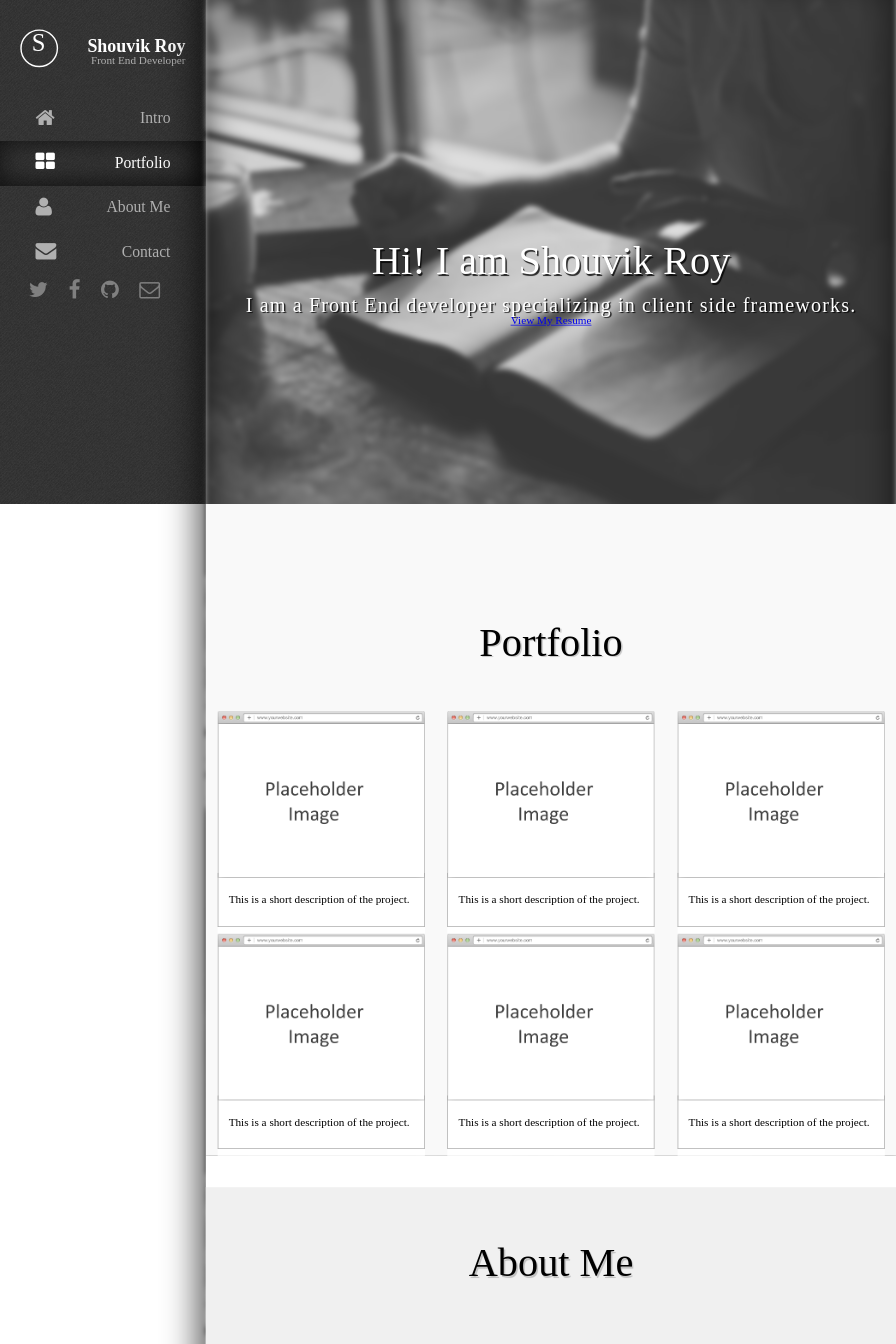
Repository: royshouvik/portfolio
Page: index.html
The author's editor kept a record of every edit. The page is drawn from the files as they stood at one moment, then again after the next edit.
The browser window is 1280 px wide. The pictures show the part of the page from y = 0 to 1920 px (the page is 3242 px tall before and 3370 px after), at 70% of full size.
Backgrounds fixed to the window are drawn as part of the page.

Above is the page before.

### index.html
<!DOCTYPE html>

<head>
    <meta charset="utf-8">
    <meta http-equiv="X-UA-Compatible" content="IE=edge">
    <title>Shouvik Roy</title>
    <meta name="description" content="Shouvik Roy's portfolio page">
    <meta name="viewport" content="width=device-width, initial-scale=1">
    <link rel="stylesheet" href="css/reset.css">
    <link rel="stylesheet" href="font-awesome/css/font-awesome.min.css">
    <link rel="stylesheet" href="genericons/genericons/genericons.css">
    <link href='https://fonts.googleapis.com/css?family=Hind:400,700,300' rel='stylesheet'>
    <link rel="stylesheet" href="css/jquery.fullpage.css" />
    <link rel="stylesheet" href="css/style2.css">
</head>

<body>
<a class="toggle" href="#"><span class="genericon genericon-menu"></span></i></a>
    <nav class="navbar">
        <header class="info">
            <div class="logo">
                <span>S</span>
            </div>
            <div class="profile">
                <span class="name">Shouvik Roy</span>
                <span class="role">Front End Developer</span>
            </div>
        </header>
        <ul class="nav" id="navmenu">
            <li class="active" id="intro-button" data-menuanchor="intro">
                <a href="#intro"><i class="fa fa-home"></i><span>Intro</span></a>
            </li>
            <li id="portfolio-button" data-menuanchor="portfolio">
                <a href="#portfolio"><i class="fa fa-th-large"></i><span>Portfolio</span></a>
            </li>
            <li id="about-button" data-menuanchor="about">
                <a href="#about"><i class="fa fa-user"></i><span>About Me</span></a>
            </li>
            <li id="contact-button" data-menuanchor="contact">
                <a href="#contact"><i class="fa fa-envelope"></i><span>Contact</span></a>
            </li>
        </ul>
        <footer>
            <ul class="social">
                <li><a href="#"><i class="fa fa-twitter"></i></a></li>
                <li><a href="#"><i class="fa fa-facebook"></i></a></li>
                <li><a href="#"><i class="fa fa-github"></i></a></li>
                <li><a href="#"><i class="fa fa-envelope-o"></i></a></li>
            </ul>
        </footer>
    </nav>
    <main id="fullpage" class="main">


        <div class="background-image"></div>
        <section class="section">
	        <div class="intro">
	        	<h1 class="shadow">Hi! I am Shouvik Roy</h1>
	            <h2 class="shadow">I am a Front End developer specializing in client side frameworks.</h2>
	            <a class="button" href="#">View My Resume</a>
	        </div>
        </section>
        <section class="portfolio section fp-auto-height">
            <h1>Portfolio</h1>
            <div>
                <figure>
                    <img class="project" src="css/images/browser.png" alt="Project 1">
                    <figcaption>This is a short description of the project.</figcaption>
                </figure>
                <figure>
                    <img class="project" src="css/images/browser.png" alt="Project 1">
                    <figcaption>This is a short description of the project.</figcaption>
                </figure>
                <figure>
                    <img class="project" src="css/images/browser.png" alt="Project 1">
                    <figcaption>This is a short description of the project.</figcaption>
                </figure>
                <figure>
                    <img class="project" src="css/images/browser.png" alt="Project 1">
                    <figcaption>This is a short description of the project.</figcaption>
                </figure>
                <figure>
                    <img class="project" src="css/images/browser.png" alt="Project 1">
                    <figcaption>This is a short description of the project.</figcaption>
                </figure>
                <figure>
                    <img class="project" src="css/images/browser.png" alt="Project 1">
                    <figcaption>This is a short description of the project.</figcaption>
                </figure>
            </div>
        </section>
        <section class="section">
	        <div class="about">
	        	<h1>About Me</h1>
	        </div>
        </section>
        <section class="section">
        <div class="contact">
        	<h1>Contact</h1>

        </div>
        </section>
        <section class="section fp-auto-height">
			<footer class="footer">

			</footer>


        </section>

    </main>

    <script src="script/jquery.min.js"></script>
    <script src="script/jquery.easings.js"></script>
    <script src="script/jquery.fullpage.min.js"></script>
    <script src="script/app.js"></script>
</body>

</html>

### css/style2.css
body {
    height: auto;
}

main {
    height: auto;
}

.shadow {
    text-shadow: 2px 2px 1px rgba(0, 0, 0, 0.8);
}

h1 {
    font-weight: 300;
    font-size: 3.6em;
    text-align: center;
    margin: 90px auto 20px auto;
}

h2 {
    font-size: 1.8em;
    letter-spacing: 0.1rem;
    text-align: center;
}

.resume-button {
    width: 160px;
    font-size: 1.2em;
    text-decoration: none;
    color: #ffffff;
    background-color: hsla(177, 85%, 45%, 0.9);
    display: block;
    text-align: center;
    margin: 7.70% auto;
    padding: 30px;
    border-radius: 10px;
    transition: 0.3s;
    text-shadow: 2px 2px 1px rgba(0, 0, 0, 0.2);
}

.resume-button:hover {
    color: #ffffff;
    background-color: #77cccc;
    box-shadow: 0px 0px 30px 2px rgba(188, 230, 230, 0.7);
    -webkit-transform: scale(1.1, 1.1);
    transform: scale(1.1, 1.1);
}

/*************************** Nav **********************************/
nav {
    height: 100%;
    width: 23%;
    position: fixed;
    background: #232323 url(images/debut_dark.png) top left repeat;
    color: white;
    transition: 0.5s;
    /*display: -webkit-flex;*/
    /*display: -ms-flexbox;*/
    /*display: flex;*/
    display: block;
    -webkit-flex-direction: column;
    -ms-flex-direction: column;
    flex-direction: column;
    -webkit-justify-content: center;
    -ms-flex-pack: center;
    justify-content: space-around;
    align-items: stretch;
}

.display {
    left: 0%;
    width: 60%;
    z-index: 99998;
}

.toggle {

    text-decoration: none;
    background-color: rgba(0, 0, 0, 0.2);
    border-radius: 5px;
    font-size: 32px;
    color: #ffffff;
    display: none;
    position: fixed;
    top: 6%;
    left: 3%;
    transition: position 0.6s, left 0.6s;
    z-index: 99999;
}
.toggle:hover {
    color: #ffffff;
}

.toggle span {
    font-size: 40px;
}

nav ul {
    list-style-type: none;
    padding: 0;
}

ul.nav li {
    padding: 3.225% 9.090%;
}

ul.nav li a {
    text-decoration: none;
    margin: 0 auto;
    width: 80%;
    display: -webkit-flex;
    display: -ms-flexbox;
    display: flex;
    height: 100%;
    font-size: 1.4em;
    line-height: 2em;
    color: #b0b0b0;
    transition: 1s;
}

ul.nav {
    flex-grow: 3;
}

ul.nav li a:hover {
    color: #ffffff;
}

li.active {
    color: #ffffff;
    box-shadow: inset -5px -2px 38px 3px rgba(0, 0, 0, 0.7);
}

ul.nav li.active a {
    color: #ffffff;
}

i.fa {
    font-size: 1.33em;
    padding-top: 3%;
    -webkit-flex-grow: 2;
    -ms-flex-positive: 2;
    flex-grow: 2;
    -webkit-order: 1;
    -ms-flex-order: 1;
    order: 1;
}

ul.social {
    font-size: 1.4em;
}

li a span {
    -webkit-flex-grow: 1;
    -ms-flex-positive: 1;
    flex-grow: 1;
    font-weight: 300;
    text-align: right;
    -webkit-order: 2;
    -ms-flex-order: 2;
    order: 2;
}

.clearfix:after {
    content: "";
    display: table;
    clear: both;
}

.main {
    width: 77%;
    margin-left: auto;
}

.info {
    margin: 14.1466% 10%;
    display: -webkit-flex;
    display: -ms-flexbox;
    display: flex;
    -webkit-flex-direction: row;
    -ms-flex-direction: row;
    flex-direction: row;
}

.name {
    font-size: 1.6em;
    font-weight: bold;
    text-align: right;
}

.role {
    text-align: right;
    font-size: 1em;
    color: #b0b0b0;
}

.profile {
    display: -webkit-flex;
    display: -ms-flexbox;
    display: flex;
    -webkit-flex-direction: column;
    -ms-flex-direction: column;
    flex-direction: column;
    width: 80%;
    margin-top: 5%;
    -webkit-order: 2;
    -ms-flex-order: 2;
    order: 2;
}

.logo {
    font-size: 2.2em;
    font-weight: 300;
    border: 2px solid #ffffff;
    min-width: 50px;
    width: 50px;
    height: 50px;
    border-radius: 50%;
    -webkit-order: 1;
    -ms-flex-order: 1;
    order: 1;
}

.logo span {
    display: inline-block;

    padding-left: 14px;
}

ul.social li {
    display: inline;
    margin: 5%;
}

ul.social li a {
    color: #808080;
    transition: 1s;
}

ul.social li a:hover {
    color: #ffffff;
}

ul.social {
    margin: 0 auto;
    width: 80%;
}

.background-image {
    position: absolute;
    left: 0;
    right: 0;
    top: -1%;
    z-index: -1;
    background-image: url(images/bg.jpg);
    overflow: hidden;
    background-attachment: fixed;
    background-clip: border-box;
    background-size: cover;
    background-position: top left;
    box-shadow: inset 0 0 48px 0 rgba(0, 0, 0, 0.7), 0 0 48px 10px rgba(0, 0, 0, 0.7);
    width: 100%;
    height: 100%;
    -webkit-filter: blur(4px);
    filter: blur(4px);
}

.intro {
    height: 40%;
    z-index: 9999;
    color: #ffffff;
    display: -webkit-flex;
    display: -ms-flexbox;
    display: flex;
    -webkit-flex-direction: column;
    -ms-flex-direction: column;
    flex-direction: column;
    -webkit-justify-content: center;
    -ms-flex-pack: center;
    justify-content: center;
    -webkit-align-items: center;
    -ms-flex-align: center;
    align-items: center;
}

.about,
.contact {
    height: 100%;
}

.portfolio {
    background-color: #f9f9f9;

}

.about {
    background-color: #f0f0f0;
    border-bottom: 1px solid #d0d0d0;
}
section:nth-of-type(3) {
    background-color: #fff;
}
.contact {
    background: #ffffff url(images/white_texture.png) top left repeat;
    background-attachment: fixed;
}

.footer {
    height: 150px;
    border-top: 1px solid #a0a0a0;
    background: #ffffff url(images/whitey.png) top left repeat;
}

.portfolio div {
    display: -webkit-flex;
    display: -ms-flexbox;
    display: flex;
    -webkit-flex-wrap: wrap;
    -ms-flex-wrap: wrap;
    flex-wrap: wrap;
    -webkit-justify-content: space-around;
    -ms-flex-pack: distribute;
    justify-content: space-around;
    -webkit-align-items: center;
    -ms-flex-align: center;
    align-items: center;
}

.portfolio {
    height: auto;
}

.portfolio h1,
.about h1,
.contact h1 {
    text-align: center;
    padding: 8% 0 5% 0;
    text-shadow: 2px 2px 1px rgba(0, 0, 0, 0.2);
}

.project {
    width: 100%;
    height: 100%;
}

figure {
    display: inline-block;
    -ms-flex-preferred-size: 30%;
    -webkit-flex-basis: 30%;
    flex-basis: 30%;
    background-color: #ffffff;
    /*margin: 4% 0;*/
    transition: 0.4s;
}

figure:hover {
    -webkit-transform: scale(1.1, 1.1);
    transform: scale(1.1, 1.1);
}

figcaption {
    border: 1px solid #a7a7a7;
    border-top: none;
    padding: 10% 5%;
    font-size: 1em;
    position: relative;
    top: -10px;
}


/****************************** SVG ***************************************/

.move-right, .move-right:hover {
    left: 30%;
    color: #333;
    background-color: transparent;
}



/****************************** Media Queries *****************************/

@media screen and (min-width: 1201px) {
    .display {
        width: 23%;
    }
}

@media screen and (max-width: 995px) {

    .display, nav {
        width: 25%;
    }

    .main {
        width: 75%;
    }

}


@media screen and (max-width: 1200px) {
    .display {
        width: 23%;
    }
    .info {
        -webkit-flex-direction: column;
        -ms-flex-direction: column;
        flex-direction: column;
        -webkit-justify-content: center;
        -ms-flex-pack: center;
        justify-content: center;
        -webkit-align-items: center;
        -ms-flex-align: center;
        align-items: center;
        flex-grow: 1;
    }
    .logo {
        margin: 5% auto;
    }
    li a span {
        -webkit-flex-grow: 2;
        -ms-flex-positive: 2;
        flex-grow: 2;
        padding-right: 10%;
        -webkit-order: 1;
        -ms-flex-order: 1;
        order: 1;
    }
    i.fa {
        padding-top: 0%;
        -webkit-flex-grow: 0;
        -ms-flex-positive: 0;
        flex-grow: 0;
        -webkit-order: 2;
        -ms-flex-order: 2;
        order: 2;
    }
    ul.nav li a {
        -webkit-justify-content: center;
        -ms-flex-pack: center;
        justify-content: center;
        -webkit-align-items: center;
        -ms-flex-align: center;
        align-items: center;
    }
    figure {
        -ms-flex-preferred-size: 45%;
        -webkit-flex-basis: 45%;
        flex-basis: 45%;
    }

    .resume-button {
        width: 205px;
    }
}

@media screen and (max-width: 960px) {
	html {
        font-size: 14px;
    }
    nav {
        left: -30%;
    }
    .display {
        width: 30%;
    }
    .main {
        width: 100%;
    }
    .background-image {
        left: 0%;
        width: 99.5%;
    }

    .move-right {
        left: 30%;
    }

    figure {
        -ms-flex-preferred-size: 80%;
        -webkit-flex-basis: 80%;
        flex-basis: 80%;
    }
    h2.shadow {
        text-align: center;
        padding: 8% 0 5% 0;
    }
    .toggle {
        display: block;
        width: 50px;
        height: 40px;
        text-align: center;
    }
    .name, .role {
        text-align: center;
    }
    .name {
        font-size: 1.2em;
    }
    .role {
        font-size: 0.8em;
    }
    .logo {
        font-size: 1.5em;
    }

    ul.nav li a, ul.social, i.fa {
        font-size: 1.2em;
    }

}

@media screen and (max-width: 620px) , screen and (max-height: 500px){
	.info {
		margin : 1% 10%;
	}
    .display {
        width: 50%;
    }
    .move-right, .move-right:hover {
        left: 50%;
    }
    .name {
    	font-size: 1em;
    	text-align: center;
    }
    .role {
        font-size: 0.8em;
        color: #ffffff;
        text-align: center;
    }

	.logo {
		width: 35px;
		min-width: 35px;
		height: 35px;
		font-size: 1.2em;
	}
	.logo span {
	    padding-top: 0;
        padding-left: 10px;
	}

	ul.social li {
		margin : 2%;
	}

}
@media screen and (max-width: 480px) {

    .display {
        width: 70%;
    }
    .move-right, .move-right:hover {
        left: 70%;
    }

    ul.nav li a, ul.social, i.fa {
        font-size: 1em;
    }

}

Loaded but not shown: css/reset.css (common file); font-awesome/css/font-awesome.min.css (library); css/jquery.fullpage.css (library); script/jquery.min.js (library); script/jquery.easings.js (library); script/jquery.fullpage.min.js (library); script/app.js (32 lines, source omitted); genericons/genericons/genericons.css (259 lines, source omitted); css/skeleton.css (418 lines, source omitted)

After the next edit:
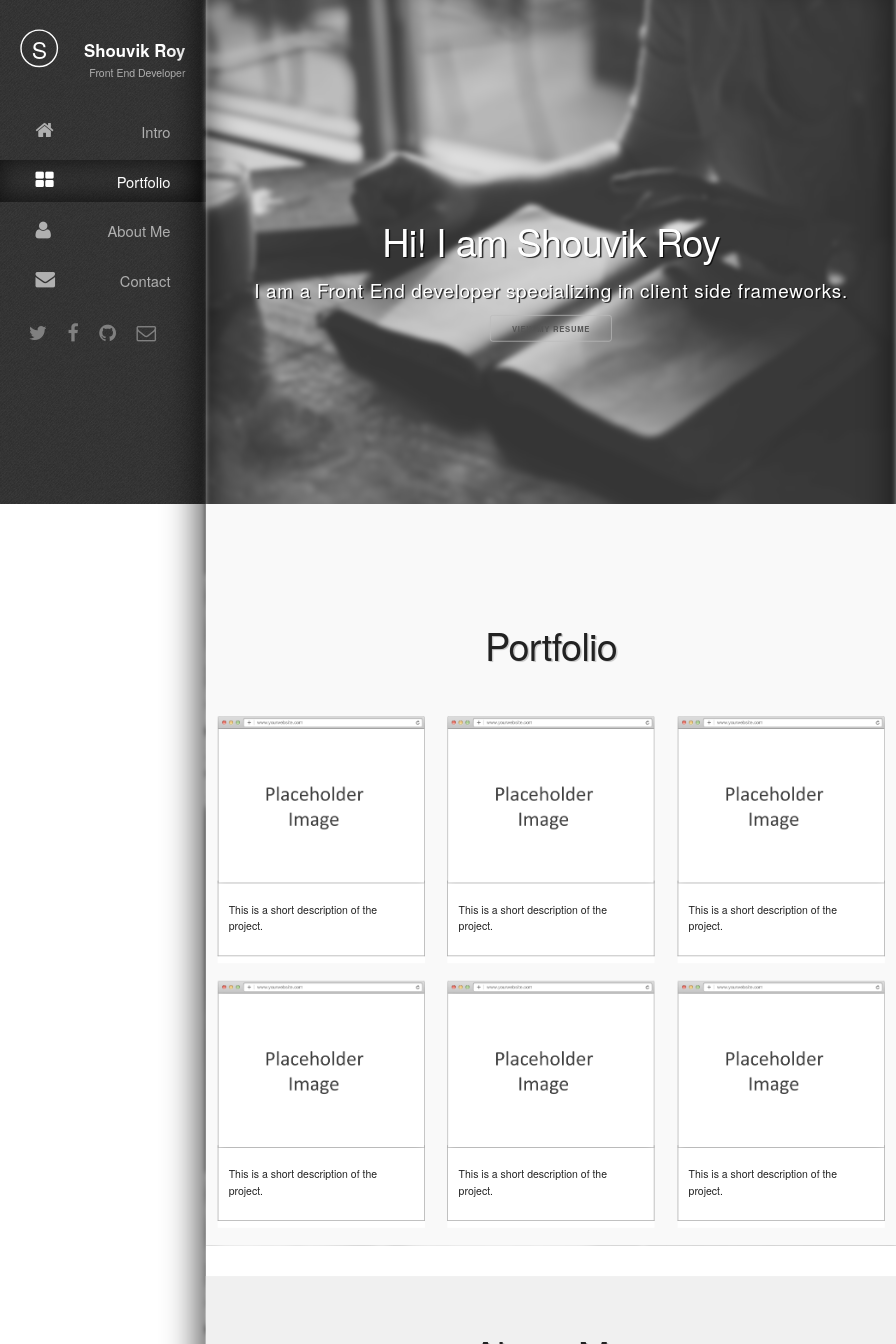
The edit:
--- a/index.html
+++ b/index.html
@@ -11,6 +11,7 @@
     <link rel="stylesheet" href="genericons/genericons/genericons.css">
     <link href='https://fonts.googleapis.com/css?family=Hind:400,700,300' rel='stylesheet'>
     <link rel="stylesheet" href="css/jquery.fullpage.css" />
+    <link rel="stylesheet" href="css/skeleton.css">
     <link rel="stylesheet" href="css/style2.css">
 </head>
 
